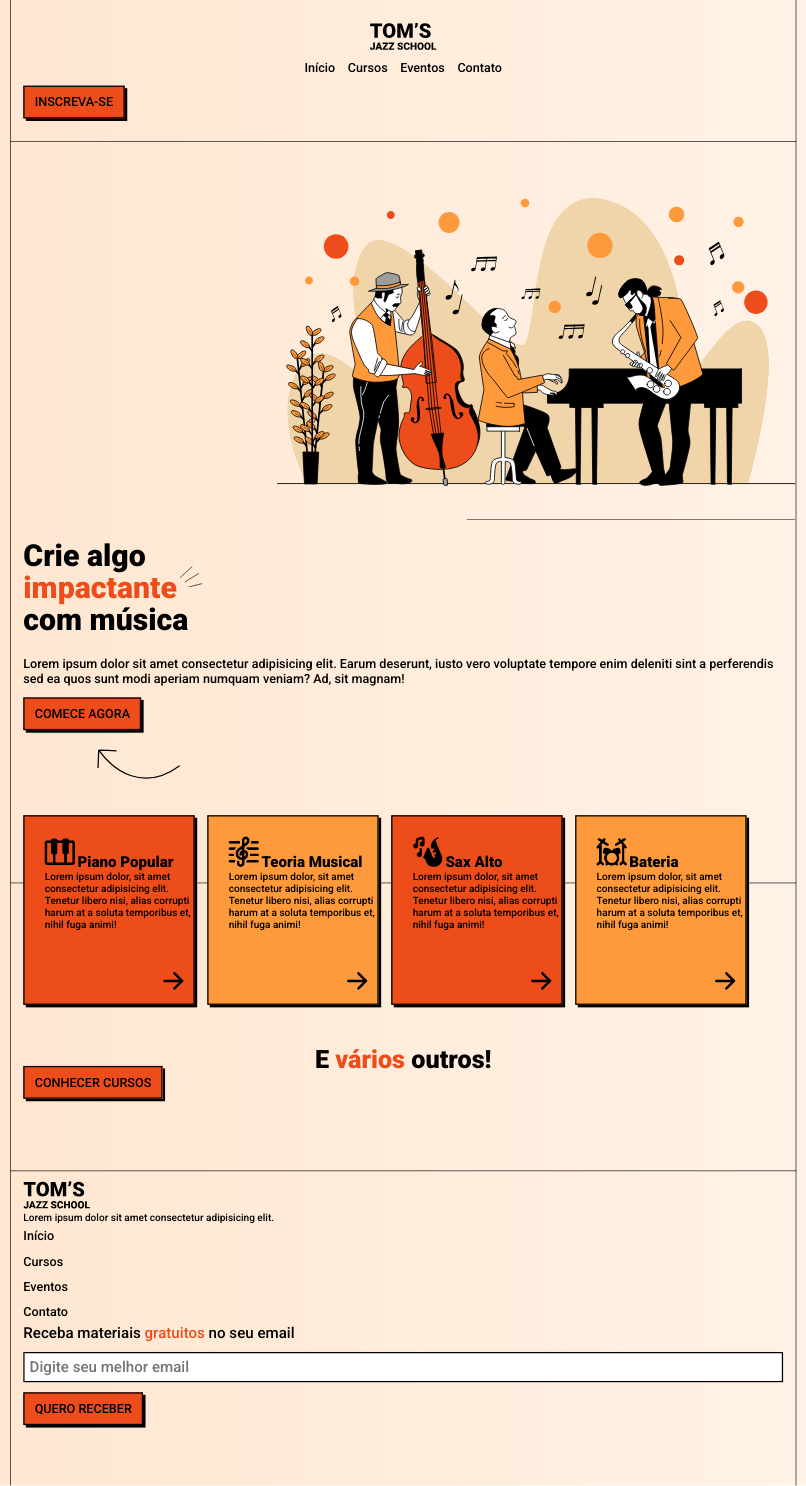
Repository: tenoriodasilva31/OBC-Music-School
Page: index.html
The author's editor kept a copy of each file at every save. The page is drawn from the files as they stood at one save, then again after the next save.
The browser window is 1280 px wide. The pictures show the whole page, at 63% of full size.

Above is the page before, as saved 2023-07-05 18:10:59.

### index.html
<!DOCTYPE html>
<html lang="pt-BR">
<head>
    <meta charset="UTF-8">
    <meta name="viewport" content="width=device-width, initial-scale=1.0">
    <title>Tom's Jazz School</title>

    <link rel="preconnect" href="https://fonts.googleapis.com">
    <link rel="preconnect" href="https://fonts.gstatic.com" crossorigin>

    <link rel="stylesheet" href="index.css">

    <link href="https://fonts.googleapis.com/css2?family=Roboto:wght@500;900&display=swap" rel="stylesheet">
</head>
<body>
    <header>
        <img src="./img/logo.svg" alt="Tom's School">
        <nav class="mt-1 mx-auto">
            <a href="#">Início</a>
            <a href="#">Cursos</a>
            <a href="#">Eventos</a>
            <a href="#">Contato</a>
        </nav>
        <button href="#" class="button mt-1 mb-1 mx-auto">Inscreva-se</button>
    </header>
    <main>
        <section class="hero-section">
            <img src="/img/hero-img.svg" alt="Banda de jazz se apresentando">
            <div>
                <h1 class="mt-2">Crie algo <span class="text-primary decoration">impactante</span> com música</h1>
                <p class="mt-2 mb-2">Lorem ipsum dolor sit amet consectetur adipisicing elit. Earum deserunt, iusto vero voluptate tempore enim deleniti sint a perferendis sed ea quos sunt modi aperiam numquam veniam? Ad, sit magnam!</p>
                <a href="#" class="button mt-1 mb-1 mx-auto">Comece agora</a>
            </div>
        </section>
        <section class="courses-section">
            <div class="cards">
            <article class="card">
                <img src="/img/piano.png" alt="icone de teclas de piano">
                <strong>Piano Popular</strong>
                <p>Lorem ipsum dolor, sit amet consectetur adipisicing elit. Tenetur libero nisi, alias corrupti harum at a soluta temporibus et, nihil fuga animi!</p>
                <a href="#">
                    <img src="/img/arrow-right.svg" alt="Ir para página do curso">
                </a>
            </article>
            <article class="card">
                <img src="/img/clef.png" alt="icone clave">
                <strong>Teoria Musical</strong>
                <p>Lorem ipsum dolor, sit amet consectetur adipisicing elit. Tenetur libero nisi, alias corrupti harum at a soluta temporibus et, nihil fuga animi!</p>
                <a href="#">
                    <img src="/img/arrow-right.svg" alt="Ir para página do curso">
                </a>
            </article>
            <article class="card">
                <img src="/img/sax.png" alt="icone de teclas de piano">
                <strong>Sax Alto</strong>
                <p>Lorem ipsum dolor, sit amet consectetur adipisicing elit. Tenetur libero nisi, alias corrupti harum at a soluta temporibus et, nihil fuga animi!</p>
                <a href="#">
                    <img src="/img/arrow-right.svg" alt="Ir para página do curso">
                </a>
            </article>
            <article class="card">
                <img src="/img/drums.png" alt="icone de teclas de piano">
                <strong>Bateria</strong>
                <p>Lorem ipsum dolor, sit amet consectetur adipisicing elit. Tenetur libero nisi, alias corrupti harum at a soluta temporibus et, nihil fuga animi!</p>
                <a href="#">
                    <img src="/img/arrow-right.svg" alt="Ir para página do curso">
                </a>
            </article>
            </div>
            <h2 class="text-center">E <span class="text-primary">vários</span> outros!</h2>
            <a href="#" class="button mt-2 mx-auto">Conhecer cursos</a>
        </section>
    </main>

    <footer>
        <div>
            <img src="/img/logo.svg" alt="Tom's School">
            <p>Lorem ipsum dolor sit amet consectetur adipisicing elit. </p>
        </div>
        <nav>
            <a href="#">Início</a>
            <a href="#">Cursos</a>
            <a href="#">Eventos</a>
            <a href="#">Contato</a>
        </nav>
        <form class="newsleter-form">
            <label for="email" class="mb-1">Receba materiais <span class="text-primary">gratuitos</span> no seu email</label>
            <input type="text" name="email" id="email" class="mb-1" placeholder="Digite seu melhor email">
            <button class="button mb-2">QUERO RECEBER</button>
        </form>
    </footer>
</body>
</html>

### index.css
* {
    box-sizing: border-box;
    font-family: 'Roboto', sans-serif;
    margin: 0;
    padding: 0;
}

:root {
    --color-primary: #ED4D1B;
    --color-secondary: #FF9a3c;
    --color-black: #000;
    --color-white: #FFF;
}

body {
    background: linear-gradient(90deg, #ffe7d1 0%, #FFF2e6 100%);
    padding: 0 1rem;
}

header,.hero-section, .courses-section, footer {
    border-color: var(--color-black);
    border-style: solid;
    border-width: 0 1px 1px 1px;
    padding: 1.25rem;
}

header img {
    display: block;
    margin: 1rem auto;
}

header nav {
    display: grid;
    grid-template-columns: 1fr, 1fr;
}

nav a {
    color: var(--color-black);
    font-size: 1.25rem;
    padding: .5rem;
    text-decoration: none;
}

header nav a:nth-child(2n-1) {
    text-align: right;
}

.button {
    background-color: var(--color-primary);
    border: 2px solid var(--color-black);
    box-shadow: 4px 4px 0 var(--color-black);
    color: var(--color-black);
    display: black;
    font-size: 1.25rem;
    padding: .75rem 1rem;
    max-width: 14rem;
    text-align: center;
    text-decoration: none;
    text-transform: uppercase;
}

.hero-section {
    padding-right: 0;
    padding-bottom: 16rem;

}

.hero-section img {
    display: block;
    margin: 1.25rem 0 0 auto;
    max-width: 100%;
}

h1 {
    font-size: 3rem;
    line-height: 105%;
}

h2 {
    font-size: 2.5rem;
}

.hero-section p {
    font-size: 1.25rem;
    padding-right: 1.25rem;
}

.hero-section .button {
    position: relative;

}

.hero-section .button::after {
    content: '';
    background: url("/img/arrow-curve.svg");
    position: absolute;
    top: 5rem;
    right: -4rem;
    height: 48px;
    width: 132px;
}

.decoration {
    display: block;
    position: relative;
}

.decoration::after {
    content: '';
    background: url(/img/three-dashes.svg);
    position: absolute;
    top: -0.75rem;
    height: 36px;
    width: 40px;
}

.courses-section {
    padding-bottom: 8rem;

}

.cards {
    display: flex;
    flex-direction: column;
    align-items: start;
    gap: 1.25rem;
    margin-top: -8rem;
    margin-bottom: 4rem;
}

.card {
    background-color: var(--color-primary);
    border: 2px solid var(--color-black);
    box-shadow: 4px 4px 0 var(--color-black);
    max-width: 17rem;
    padding: 2rem 0 0 2rem;
}

.card:nth-child(2n) {
    align-self: end;
    background-color: var(--color-secondary)
}

.card strong {
    display: black;
    font-size: 1.5rem;
    margin: 1rem 0;
}

.card a {
    display: block;
    margin: 3rem 0 0 auto;
    width: fit-content;
}
/* rodapé */

footer {
    border-bottom: 0;
    padding: 1rem 1.25rem 4rem;

}

footer nav a {
    display: block;
    padding-left: 0;
}

.newsleter-form label {
    display: block;
    font-size: 1.5rem
}

.newsleter-form input {
    border: 2px solid var(--color-black);
    box-shadow: 4px 4px 8 var(--color-black);
    font-size: 1.5rem;
    padding: .5rem;
    width: 100%;
}

/* Utilitários */


.mt-1 {
    margin-top: 1rem;
}

.mt-2 {
    margin-top: 2rem;
}

.mb-1 {
    margin-bottom: 1rem;
}

.mb-2 {
    margin-bottom: 2rem;
}

.mx-auto {
    margin-left: auto;
    margin-right: auto;
}

.text-primary {
    color: var(--color-primary);
}

.text-center {
    text-align: center;
}

/* responsiveness */

@media screen and (min-width: 40rem) {
    header nav {
        display: block;
        text-align: center;
    }

    .cards {
        flex-direction: row;
    }
}

After the next save:
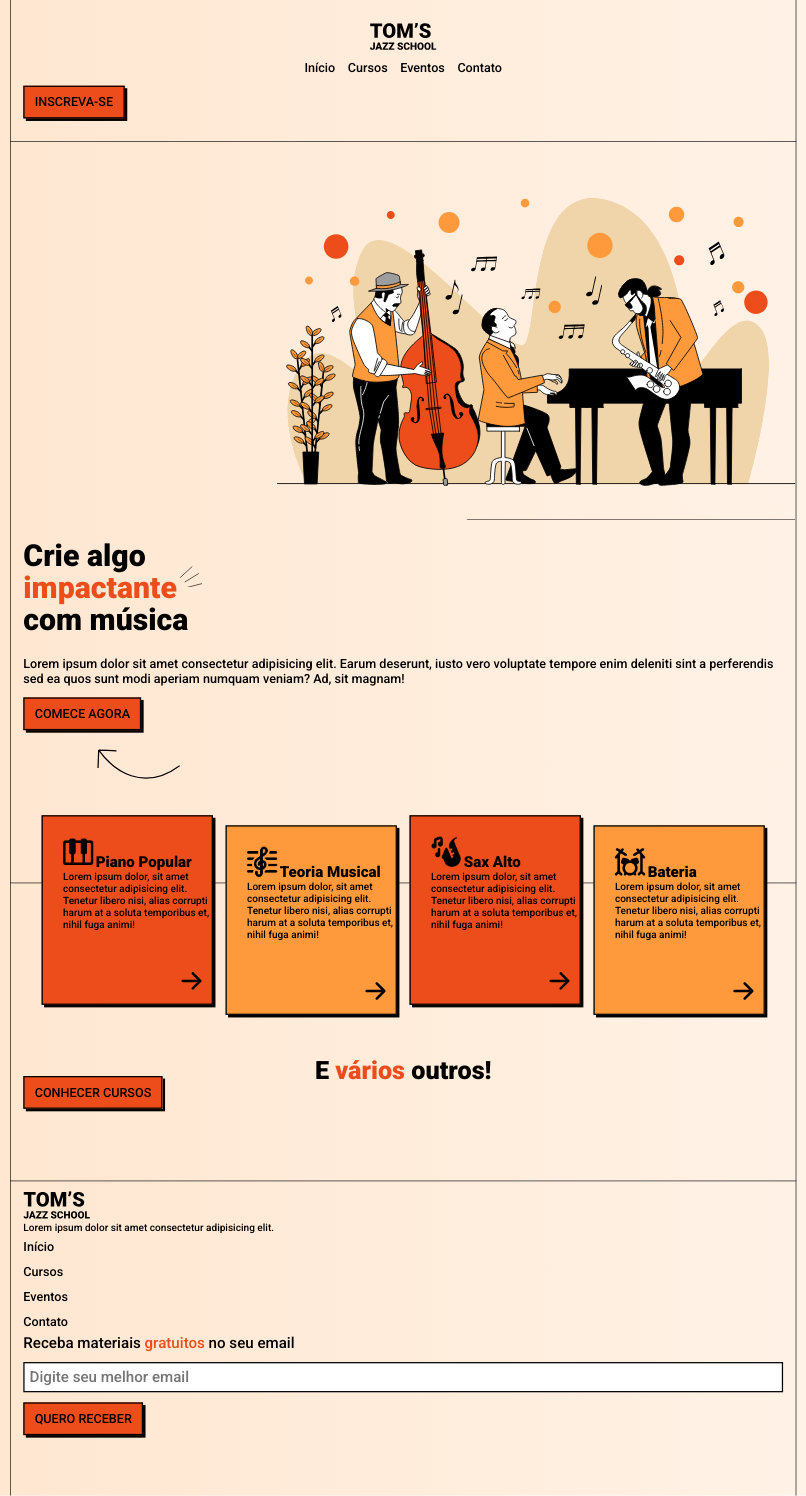
Saved 112 s later.
--- a/index.css
+++ b/index.css
@@ -220,5 +220,11 @@ footer nav a {
 
     .cards {
         flex-direction: row;
+        flex: wrap;
+        justify-content: center;
     }
-}
+
+    .card:nth-child(2n) {
+        margin-top: 1rem;
+    }
+}
